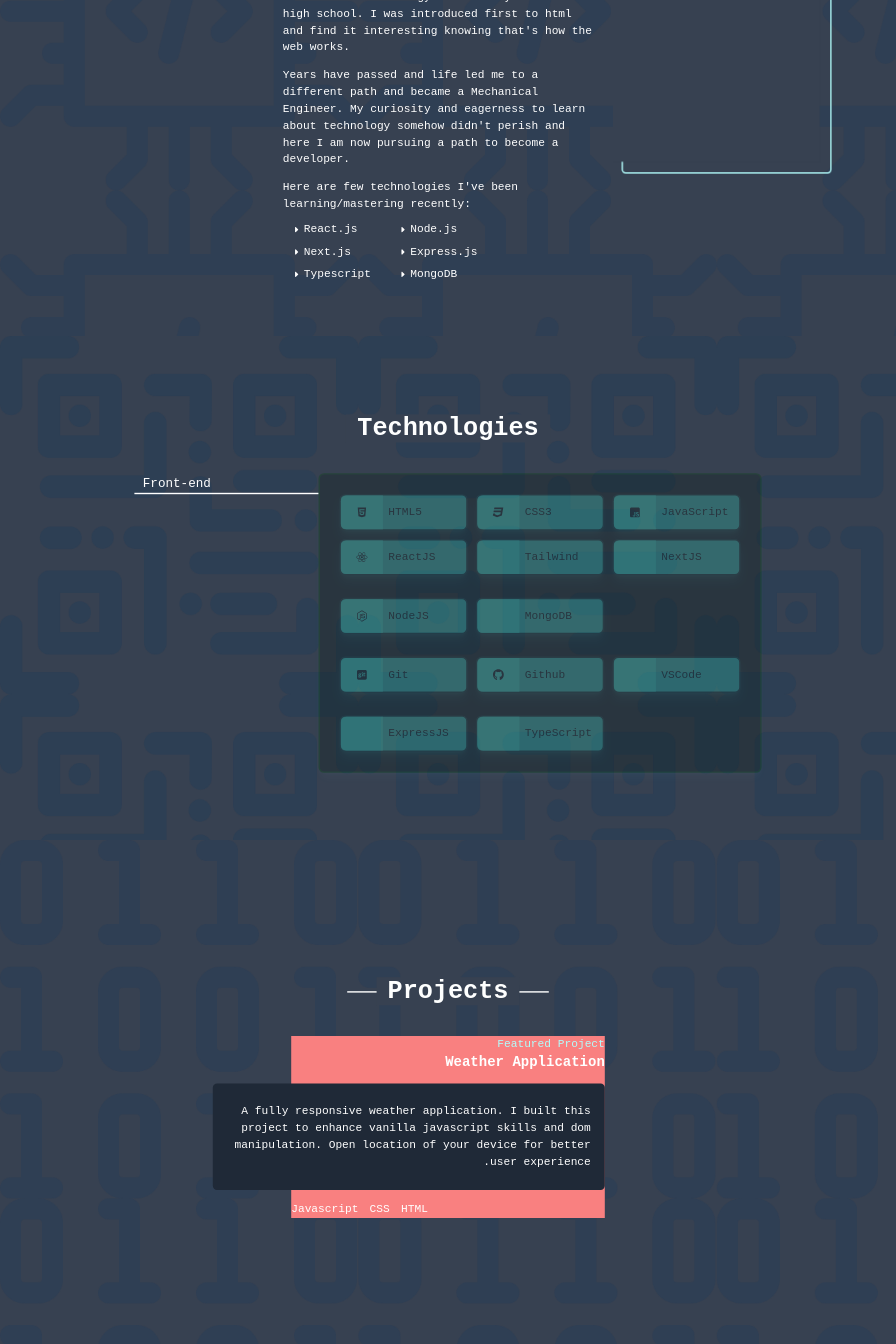
Repository: riandev25/nextjs-portfolio
Page: /
The author's editor kept a copy of each file at every save. The page is drawn from the files as they stood at one save, then again after the next save.
The browser window is 1280 px wide. The pictures show the part of the page from y = 960 to 2880 px (the page is 2880 px tall), at 70% of full size.
Backgrounds fixed to the window are drawn as part of the page. The project was rebuilt for these pictures with package versions that can differ from the ones it lists, and the page was loaded fresh each time. The framework's server and built-in components were replaced by stand-ins that run in the browser. Also part of the build but not shown: next.config.js, components/Home/Keyboard/index.module.css, components/Home/Keyboard/index.jsx.

Above is the page before, as saved 2022-11-12 20:14:06.

### pages/_app.jsx
import Head from 'next/head';
import link from 'next/link';
import '../styles/globals.css';

import Layout from '../components/Layout';
import { ParallaxProvider } from 'react-scroll-parallax';

function MyApp({ Component, pageProps }) {
  return (
    <ParallaxProvider>
      <Head>
        <title>Rian Miguel Engracia</title>
        <meta name='viewport' content='initial-scale=1.0, width=device-width' />
        <link
          rel='apple-touch-icon'
          sizes='180x180'
          href='/apple-touch-icon.png'
        />
        <link
          rel='icon'
          type='image/png'
          sizes='32x32'
          href='/favicon-32x32.png'
        />
        <link
          rel='icon'
          type='image/png'
          sizes='16x16'
          href='/favicon-16x16.png'
        />
        <link rel='manifest' href='/site.webmanifest' />
        <link rel='mask-icon' href='/safari-pinned-tab.svg' color='#5bbad5' />
        <meta name='msapplication-TileColor' content='#2d89ef' />
        <meta name='theme-color' content='#ffffff' />
      </Head>
      <Layout>
        <Component {...pageProps} />
      </Layout>
    </ParallaxProvider>
  );
}

export default MyApp;

### pages/index.jsx
import Head from 'next/head';
import Image from 'next/image';
import Home from '../components/Home/Home';
import { Fragment } from 'react';
import Header from '../components/Header';
import About from '../components/About';
import Technologies from '../components/Technologies';
import Projects from '../components/Projects';

export default function Page() {
  return (
    <Fragment>
      <Header />
      <Home />
      <About />
      <Technologies />
      <Projects title='Projects' />
    </Fragment>
  );
}

### styles/globals.css
@tailwind base;
@tailwind components;
@tailwind utilities;

html,
body {
  padding: 0;
  margin: 0;
  /* font-family: 'Roboto', sans-serif; */
  font-family: monospace, sans-serif;
}

a {
  color: inherit;
  text-decoration: none;
}

* {
  box-sizing: border-box;
}

.image-filter {
  /* filter: invert(93%) sepia(19%) saturate(586%) hue-rotate(121deg)
    brightness(102%) contrast(97%); */
  filter: invert(93%) sepia(69%) saturate(347%) hue-rotate(120deg)
    brightness(104%) contrast(97%);
  opacity: 0.3;
  transition: filter 0.3s, opacity 0.3s;
}

.image-filter:hover {
  filter: none;
  opacity: 1;
}

@media (prefers-color-scheme: dark) {
  html {
    color-scheme: dark;
  }
  body {
    color: white;
    background: black;
  }
}

### components/Layout/index.jsx
import Header from '../Header';
import Email from '../Header/Email';

const Layout = ({ children }) => {
  return (
    <div className='relative w-full h-full bg-gray-700' dir='ltr'>
      <Header />
      <Email />
      {children}
    </div>
  );
};

export default Layout;

### components/Home/Home.jsx
import Link from 'next/link';
import Image from 'next/future/image';
import { useParallax } from 'react-scroll-parallax';
import styles from './index.module.css';
import DevImage from '../../assets/images/dev-image.svg';
import GithubImage from '../../assets/images/github-neon-fill.png';
import LinkedinImage from '../../assets/images/linkedin-neon-fill.png';
import FacebookImage from '../../assets/images/facebook-neon-fill.png';
import Keyboard from './Keyboard';
import { useState } from 'react';

export const images = [
  {
    id: 'github',
    imgSrc: GithubImage,
    link: 'https://github.com/riandev25',
  },
  {
    id: 'linkedin',
    imgSrc: LinkedinImage,
    link: 'https://www.linkedin.com/in/rian-miguel-engracia/',
  },
  {
    id: 'facebook',
    imgSrc: FacebookImage,
    link: 'https://web.facebook.com/rianmiguel.engracia',
  },
  {
    id: 'email',
    email: 'rianengracia@gmail.com',
  },
];

const nameArray = ['I', '&apos;', 'm', ' ', 'R', 'i', 'a', 'n'];
const jobArray = [
  'f',
  'u',
  'l',
  'l',
  ' ',
  's',
  't',
  'a',
  'c',
  'k',
  ' ',
  'd',
  'e',
  'v',
  'e',
  'l',
  'o',
  'p',
  'e',
  'r',
];

const Home = () => {
  const { ref } = useParallax({
    translateY: [-100, 30, 'easeInOut'],
  });
  const [keyboard, setKeyboard] = useState(true);
  return (
    <header className='flex justify-center items-center w-full h-screen px-20 bg-fixed bg-repeat bg-bg_gear_image'>
      <section ref={ref} className='w-4/12 space-y-4'>
        <div className='flex flex-col gap-2.5 place-items-start'>
          <h1 className={`text-xl font-thin text-white ${styles.typingLet}`}>
            Hi there!
          </h1>
          <h1 className='text-6xl font-bold animate-neon_text'>
            I&apos;m Rian Miguel
          </h1>
          <h1 className='text-xl text-white font-bold'>
            <span className='text-xl font-thin'>a</span> Full Stack Developer
          </h1>
        </div>
        <ul className='flex flex-row gap-4'>
          {images.map((item) => {
            if (item.id === 'email') return;
            return (
              <li
                className='block p-3 bg-gray-800 border rounded-lg border-[#b2fcfb] transition-all hover:scale-110'
                key={item.id}
              >
                <Link href={item.link} legacyBehavior>
                  <a className=''>
                    <Image
                      className=''
                      src={item.imgSrc}
                      alt={item.id}
                      width={20}
                      height={20}
                      sizes='5vw'
                    />
                  </a>
                </Link>
              </li>
            );
          })}
        </ul>
      </section>
      <section className='hidden lg:flex max-w-2xl h-full justify-center items-center'>
        <Image
          src={DevImage}
          alt='dev-image'
          width={500}
          height={500}
          sizes='(max-width: 768px) 50vw'
        />
        {/* <Keyboard /> */}
      </section>
    </header>
  );
};

export default Home;

### components/Header/index.jsx
import Logo from '../Logo';
import Navbar from './Navbar';
import { FontAwesomeIcon } from '@fortawesome/react-fontawesome';
import { faBars } from '@fortawesome/free-solid-svg-icons';

const Header = () => {
  return (
    <nav className='px-8 py-1 bg-gray-700 dark:bg-gray-900 fixed w-full z-50 top-0 left-0 border-b shadow-sm border-gray-700 md:px-20 md:py-3 dark:border-gray-600'>
      <div className='flex flex-row justify-between items-center w-full'>
        <section className=''>
          <Logo />
        </section>

        <div className='flex md:order-2'>
          <button
            type='button'
            className='hidden lg:flex bg-transparent text-[#b2fcfb] border border-[#b2fcfb] hover:bg-[#b2fcfb] hover:opacity-40 transition-all font-medium rounded-lg text-sm px-5 py-2.5 text-center mr-3 md:mr-0 dark:bg-blue-600 dark:hover:bg-blue-700 dark:focus:ring-blue-800'
          >
            Get started
          </button>
          <button
            data-collapse-toggle='navbar-sticky'
            type='button'
            className='cursor-pointer inline-flex items-center p-2 text-sm bg-white rounded-lg md:hidden hover:bg-gray-400 focus:outline-none focus:ring-2 focus:ring-gray-200 dark:text-gray-400 dark:hover:bg-gray-700 dark:focus:ring-gray-600'
            aria-controls='navbar-sticky'
            aria-expanded='false'
          >
            <span className='sr-only'>Open main menu</span>
            <FontAwesomeIcon icon={faBars} className='text-gray-800' />
          </button>
        </div>
        <Navbar />
      </div>
    </nav>
  );
};

export default Header;

### components/About/index.jsx
import Image from 'next/future/image';
import PageHeader from '../PageHeader';
import { FontAwesomeIcon } from '@fortawesome/react-fontawesome';
import { faCaretRight } from '@fortawesome/free-solid-svg-icons';
import ProgrammerImage from '../../assets/images/programmer.jpg';
import { useParallax } from 'react-scroll-parallax';

const technologies = [
  'React.js',
  'Node.js',
  'Next.js',
  'Express.js',
  'Typescript',
  'MongoDB',
];

const About = () => {
  return (
    <div className='pt-4 w-full h-screen flex flex-col gap-11 justify-center items-center text-white px-20 bg-bg_chip_image bg-fixed'>
      <PageHeader title='About me' />
      <div className='max-w-3xl flex flex-row gap-6'>
        <section className='max-w-md flex flex-col gap-4'>
          <p>
            Hi! I am Rian Miguel Engracia, a Registered Mechanical Engineer in
            the Philippines. My interest in technology started way back in high
            school. I was introduced first to html and find it interesting
            knowing that&apos;s how the web works.
          </p>
          <p>
            Years have passed and life led me to a different path and became a
            Mechanical Engineer. My curiosity and eagerness to learn about
            technology somehow didn&apos;t perish and here I am now pursuing a
            path to become a{' '}
            <span className='text-[neon-green] no-underline decoration-[neon-green] underline-offset-4 decoration-2 hover:underline'>
              developer
            </span>
            .
          </p>
          <div className='flex flex-col gap-3'>
            <p>
              Here are few technologies I&apos;ve been learning/mastering
              recently:
            </p>
            <ul className='grid grid-cols-3 gap-2'>
              {technologies.map((item, i) => {
                return (
                  <li
                    key={item}
                    className={`${(i + 1) % 2 === 0 ? 'col-span-2' : ''}
                    } flex justify-start items-center gap-2 pl-4`}
                  >
                    <FontAwesomeIcon icon={faCaretRight} className='w-1.5' />
                    <span className=''>{item}</span>
                  </li>
                );
              })}
            </ul>
          </div>
        </section>
        <section className='relative'>
          <div className='absolute z-20 w-[295px] h-[295px] bg-gray-700'></div>
          <Image
            className='relative z-30 rounded-md image-filter bg-[#b2fcfb] border-2 peer'
            src={ProgrammerImage}
            alt='developer'
            width={300}
            height={300}
            priority='true'
            sizes='(max-width: 768px) 100vw, 50vw'
          />
          <div className='absolute top-0 left-0 w-[300px] h-[300px] bg-transparent border-2 border-[#b2fcfb] transition-duration-300 delay-300 ease-in-out translate-x-3 translate-y-3 z-10 rounded-md peer-hover:translate-x-2 peer-hover:translate-y-2 '></div>
        </section>
      </div>
    </div>
  );
};

export default About;

### components/Projects/index.jsx
import Link from 'next/link';
import Image from 'next/future/image';
import PageHeader from '../PageHeader';
import WeatherImage from '../../assets/images/weather-app.png';
import { FontAwesomeIcon } from '@fortawesome/react-fontawesome';
import { faGithubAlt } from '@fortawesome/free-brands-svg-icons';
import { faSquareArrowUpRight } from '@fortawesome/free-solid-svg-icons';
import Links from './Links';

const TECH_WEATHER = ['HTML', 'CSS', 'Javascript'];
const WEATHER = [
  {
    id: 1,
    icon: faGithubAlt,
    link: 'https://riandev25.github.io/js-weather-app/dist/',
  },
  {
    id: 2,
    icon: faSquareArrowUpRight,
    link: 'https://riandev25.github.io/js-weather-app/dist/',
  },
];

const Projects = () => {
  return (
    <div className='pt-4 flex flex-col w-full h-screen gap-11 justify-center items-center text-white px-20 bg-bg_binary_image bg-fixed'>
      <PageHeader title='Projects' />
      <div className='flex flex-row justify-center items-center'>
        {/* <section className='relative w-24 h-24 flex'>
          <Image
            src={WeatherImage}
            alt='weather-app'
            fill
            className='object-cover w-7/12'
          />
        </section> */}
        <section
          className='w-[28rem] overflow-visible bg-red-400 space-y-4'
          dir='rtl'
        >
          <div className='flex flex-col justify-end items-end'>
            <h2 className='w-full text-neon text-right'>Featured Project</h2>
            <h1 className='w-full text-xl font-bold text-right'>
              Weather Application
            </h1>
          </div>
          <div className='w-[35rem] bg-gray-800 p-7 pr-5 rounded-md'>
            <p className='text-right'>
              A fully responsive weather application. I built this project to
              enhance vanilla javascript skills and dom manipulation. Open
              location of your device for better user experience.
            </p>
          </div>
          <ul className='w-full flex flex-row justify-end items-end gap-4'>
            {TECH_WEATHER.map((item) => {
              return <li key={item}>{item}</li>;
            })}
          </ul>
          <Links array={WEATHER} />
        </section>
      </div>
    </div>
  );
};

export default Projects;

### components/Header/Email.jsx
import Link from 'next/link';
import Image from 'next/image';
import { images } from '../Home/Home';

const Email = () => {
  return (
    <aside className='fixed bottom-64 right-0'>
      <div className='flex justify-center items-center relative rotate-90'>
        <Link href='' legacyBehavior>
          <a className='z-50 transition-all text-[#b2fcfb] bg-gray-700 px-2 hover:text-[#68fffc] hover:scale-110'>
            rianengracia@gmail.com
          </a>
        </Link>
        <div className='w-96 bg-[#b2fcfb] absolute top-1/2 left-0 h-px'></div>
      </div>
    </aside>
  );
};

export default Email;

### components/Home/index.module.css
.typingLet {
  width: 134px;
  animation: typing 2s steps(12), blink 0.5s step-end infinite alternate;
  white-space: nowrap;
  overflow: hidden;
  border-right: 3px solid;
  font-family: monospace;
  font-size: 2em;
}

@keyframes typing {
  from {
    width: 0;
  }
}

@keyframes blink {
  50% {
    border-color: transparent;
  }
}

### components/Logo/index.jsx
import Image from 'next/future/image';
import LogoImage from '../../assets/images/logo.svg';
import LogoDark from '../../assets/images/logo-dark.svg';
import LogoLight from '../../assets/images/logo-light.svg';
import {
  faAngleLeft,
  faGear,
  faforward,
} from '@fortawesome/free-solid-svg-icons';
import { FontAwesomeIcon } from '@fortawesome/react-fontawesome';

const Logo = () => {
  return (
    <div className='flex items-center relative'>
      <Image
        src={LogoImage}
        alt='logo'
        width={185}
        height={55}
        className='hidden md:flex'
        sizes='(max-width: 768px) 15vw'
      />
      <Image
        src={LogoLight}
        alt='logo-light'
        width={50}
        height={50}
        className='flex md:hidden'
        sizes='(max-width: 768px) 15vw'
      />
    </div>
  );
};

export default Logo;

### components/Header/Navbar.jsx
import Link from 'next/link';

const Navbar = () => {
  const data = [
    {
      id: 'Home',
    },
    {
      id: 'About',
    },
    {
      id: 'Technologies',
    },
    {
      id: 'Projects',
    },
  ];
  return (
    <div
      className='hidden absolute top-0 right-0 justify-between items-center w-full md:flex md:relative md:w-auto md:order-1'
      id='navbar-sticky'
    >
      <ul className='flex flex-col justify-center items-center flex-auto rounded-lg md:justify-between md:flex-row md:space-x-12 md:p-2 md:mt-0 md:text-sm md:font-medium md:border-0 dark:bg-gray-800 md:dark:bg-gray-900 dark:border-gray-700'>
        {data.map((item) => {
          return (
            <li key={item.id} className='relative group'>
              <Link href={item.id}>
                <a
                  className='block py-2 px-1 text-base font-extralight text-white dark:text-white'
                  // aria-current='page'
                >
                  {item.id}
                </a>
              </Link>

              <span className='z-50 absolute bottom-1.5 w-0 h-[1px] bg-white transition-all md:group-hover:w-full'></span>
            </li>
          );
        })}
      </ul>
    </div>
  );
};

export default Navbar;

### components/PageHeader/index.jsx
const PageHeader = ({ title }) => {
  return (
    <div className='relative overflow-visible flex justify-center items-center'>
      <h1 className='relative z-10 w-full text-4xl font-bold flex flex-start bg-gray-700 px-4 animate-neon_text'>
        {title}
      </h1>
      <span className='absolute top-1/2 w-72 h-0.5 bg-white animated-neon_bg'></span>
    </div>
  );
};

export default PageHeader;

### components/Projects/Links.jsx
import Link from 'next/link';
import { FontAwesomeIcon } from '@fortawesome/react-fontawesome';

const Links = ({ array }) => {
  array.map((item) => {
    return (
      <ul key={item.id} className='flex flex-row'>
        <li>
          <Link href={item.link} passHref>
            <a>
              <FontAwesomeIcon icon={item.icon} className='text-white w-3' />
            </a>
          </Link>
        </li>
      </ul>
    );
  });
};

export default Links;

// 'https://riandev25.github.io/js-weather-app/dist/'

Loaded but not shown: tailwind.config.js (60 lines, source omitted); pages/_document.js (24 lines, source omitted); components/Technologies/index.jsx (206 lines, source omitted)

After the next save:
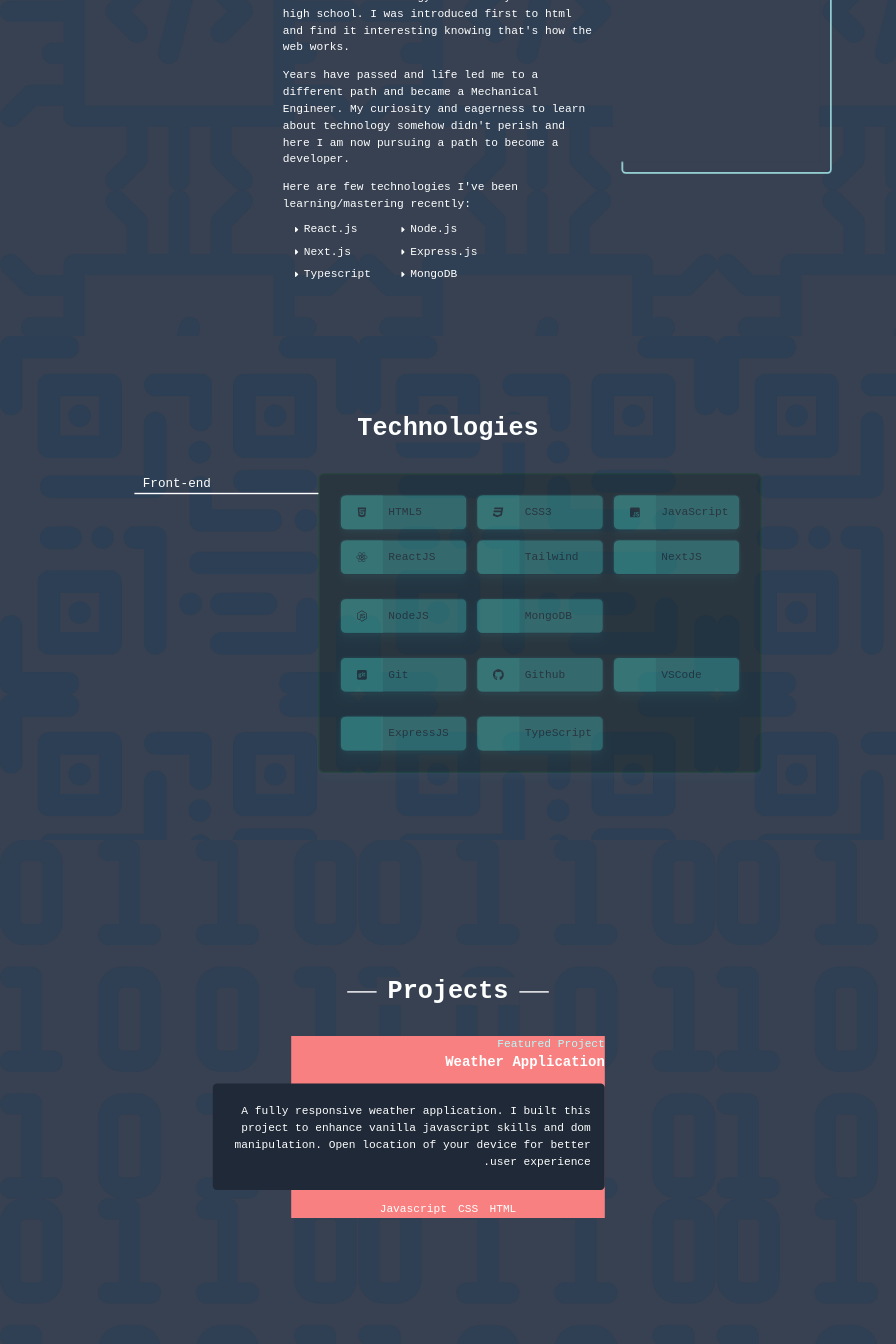
Saved 6 min 2 s later.
--- a/components/Projects/index.jsx
+++ b/components/Projects/index.jsx
@@ -51,7 +51,7 @@
               location of your device for better user experience.
             </p>
           </div>
-          <ul className='w-full flex flex-row justify-end items-end gap-4'>
+          <ul className='w-full flex flex-row justify-center items-end gap-4'>
             {TECH_WEATHER.map((item) => {
               return <li key={item}>{item}</li>;
             })}

After the save that followed:
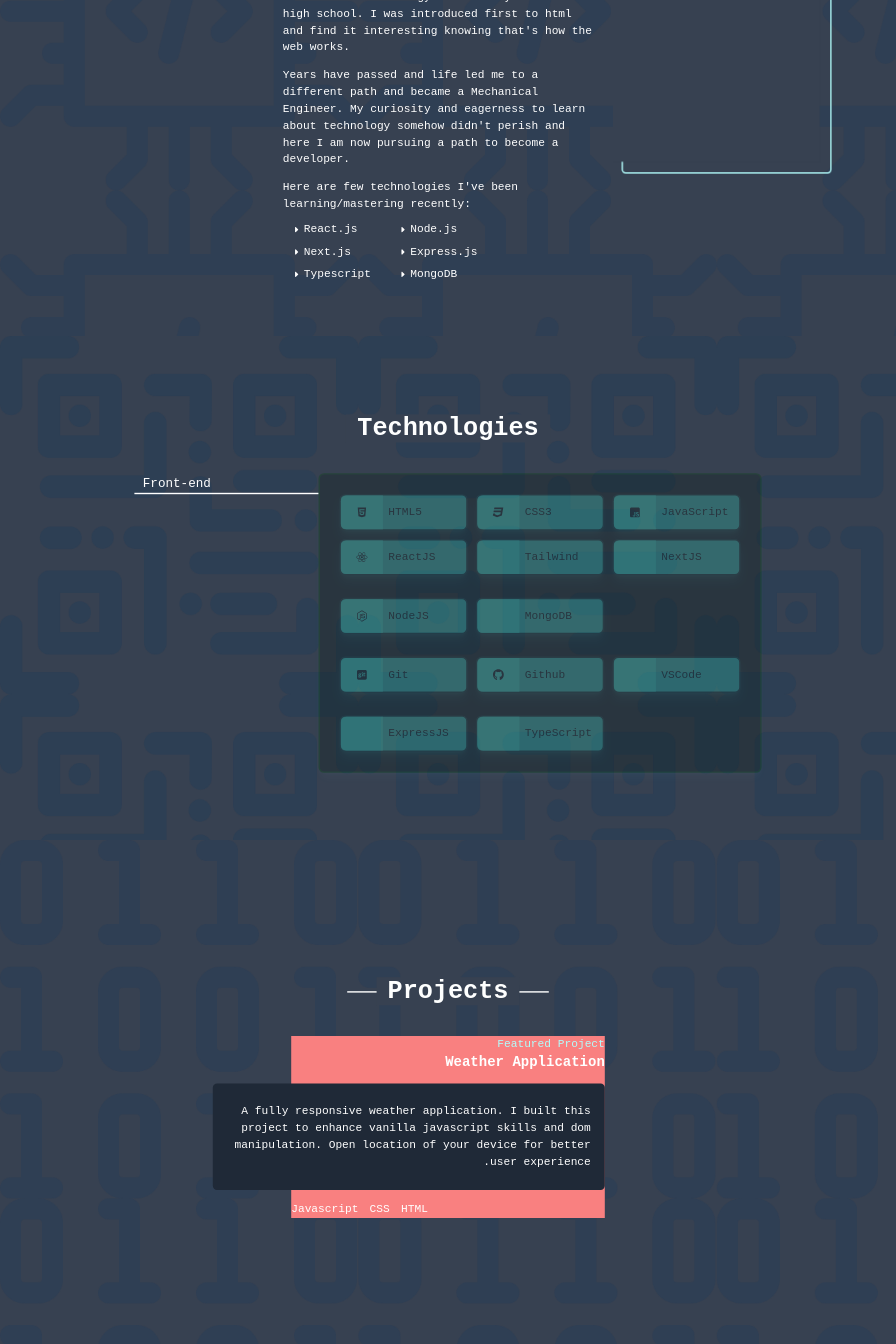
Saved 27 s later.
--- a/components/Projects/index.jsx
+++ b/components/Projects/index.jsx
@@ -51,7 +51,7 @@
               location of your device for better user experience.
             </p>
           </div>
-          <ul className='w-full flex flex-row justify-center items-end gap-4'>
+          <ul className='w-full flex flex-row justify-end items-end gap-4'>
             {TECH_WEATHER.map((item) => {
               return <li key={item}>{item}</li>;
             })}
